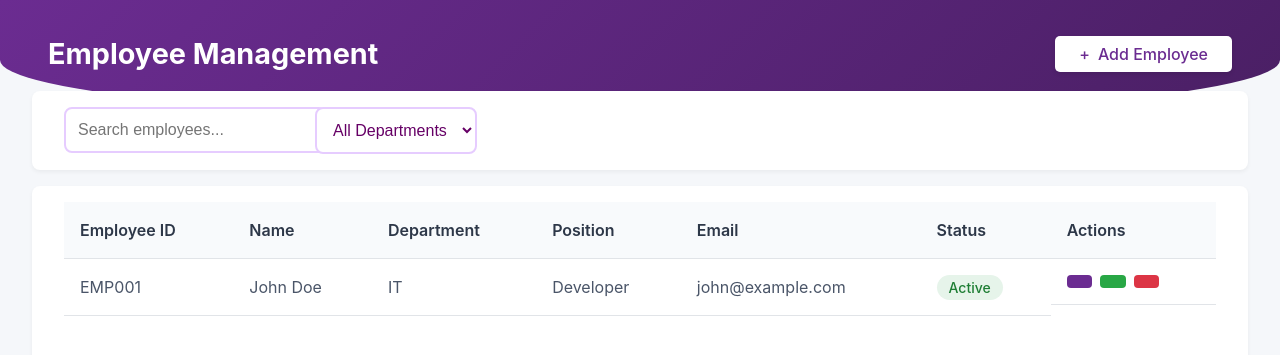
Repository: nino-pixel/payrolllatest
Page: /employees (app in web_vue/)
An editor plug-in stored every save of this project. The page is shown before and after a run of saves, followed by the edit.
The browser window is 1280 px wide. The pictures show the whole page.
The project was rebuilt for these pictures with package versions that can differ from the ones it lists, and the page was loaded fresh each time. Also part of the build but not shown: web_vue/vite.config.js, web_vue/src/components/login_page.vue, web_vue/src/components/sign_up.vue, web_vue/src/components/dashboard.vue, web_vue/src/components/attendance_management.vue, web_vue/src/components/generate_payroll.vue.

Above is the page before, as saved 2024-12-19 02:19:48.

### web_vue/src/main.js
import { createApp } from 'vue'
import './style.css'
import App from './App.vue'
import router from './router'

// ECharts imports
import VChart from 'vue-echarts'
import { use } from 'echarts/core'
import { CanvasRenderer } from 'echarts/renderers'
import { PieChart, LineChart, BarChart, GaugeChart } from 'echarts/charts'
import {
  TitleComponent,
  TooltipComponent,
  LegendComponent,
  GridComponent
} from 'echarts/components'

// Register ECharts components
use([
  CanvasRenderer,
  PieChart,
  LineChart,
  BarChart,
  GaugeChart,
  TitleComponent,
  TooltipComponent,
  LegendComponent,
  GridComponent
])

const app = createApp(App)
app.component('v-chart', VChart)
app.use(router)
app.mount('#app')

### web_vue/src/style.css
:root {
  font-family: Inter, system-ui, Avenir, Helvetica, Arial, sans-serif;
  line-height: 1.5;
  font-weight: 400;
  color-scheme: light dark;
  color: rgba(255, 255, 255, 0.87);
  background-color: #242424;
  font-synthesis: none;
  text-rendering: optimizeLegibility;
  -webkit-font-smoothing: antialiased;
  -moz-osx-font-smoothing: grayscale;
}

body {
  margin: 0;
  padding: 0;
  min-height: 100vh;
  width: 100%;
}

/* Remove the centering and width constraints */
#app {
  max-width: none;
  margin: 0;
  padding: 0;
  width: 100%;
  min-height: 100vh;
}

/* Adjust other styles */
.card {
  padding: 2em;
  width: 100%;
  box-sizing: border-box;
}

button {
  border-radius: 8px;
  border: 1px solid transparent;
  padding: 0.6em 1.2em;
  font-size: 1em;
  font-weight: 500;
  font-family: inherit;
  background-color: #1a1a1a;
  cursor: pointer;
  transition: border-color 0.25s;
}

/* Media query adjustments */
@media (prefers-color-scheme: light) {
  :root {
    color: #213547;
    background-color: #ffffff;
  }
  a:hover {
    color: #747bff;
  }
  button {
    background-color: #f9f9f9;
  }
}

### web_vue/src/App.vue

<template>
 <router-view></router-view>

</template>

<script>
import login_page from './components/login_page.vue'
 // Import the component

export default {
  name: 'App',
  components: {
    login_page,
  }
}
</script>

### web_vue/src/router/index.js
import { createRouter, createWebHistory } from 'vue-router'
import LoginPage from '../components/login_page.vue'
import SignupPage from '../components/sign_up.vue'
import Dashboard from '../components/dashboard.vue'
import EmployeeManagement from '../components/employee_management.vue'
import AttendanceManagement from '../components/attendance_management.vue'
import GeneratePayroll from '../components/generate_payroll.vue'
const routes = [
  {
    path: '/',
    name: 'Login',
    component: LoginPage
  },
  {
    path: '/signup',
    name: 'Signup',
    component: SignupPage
  },
  {
    path: '/dashboard',
    name: 'Dashboard',
    component: Dashboard
  },
  {
    path: '/employees',
    name: 'Employees',
    component: EmployeeManagement
  },
  {
    path: '/attendance',
    name: 'Attendance',
    component: AttendanceManagement
  },
  {
    path: '/generate_payroll',
    name: 'GeneratePayroll',
    component: GeneratePayroll
  }

  // Add other routes here as needed
]

const router = createRouter({
  history: createWebHistory(),
  routes
})

export default router

### web_vue/src/components/employee_management.vue
<template>
    <div class="employee-container">
      <div class="wave-bg"></div>

      <div class="content-wrapper">
        <!-- Header Section -->
        <div class="header-section">
          <h1>Employee Management</h1>
          <button class="add-btn" @click="openAddModal">
            <span>+</span> Add Employee
          </button>
        </div>

        <!-- Search and Filter Section -->
        <div class="search-section">
          <div class="search-box">
            <input
              type="text"
              v-model="searchQuery"
              placeholder="Search employees..."
            >
          </div>
          <div class="filter-box">
            <select v-model="departmentFilter">
              <option value="">All Departments</option>
              <option value="HR">HR</option>
              <option value="IT">IT</option>
              <option value="Finance">Finance</option>
              <option value="Marketing">Marketing</option>
            </select>
          </div>
        </div>

        <!-- Employee Table -->
        <div class="table-container">
          <table>
            <thead>
              <tr>
                <th>Employee ID</th>
                <th>Name</th>
                <th>Department</th>
                <th>Position</th>
                <th>Email</th>
                <th>Status</th>
                <th>Actions</th>
              </tr>
            </thead>
            <tbody>
              <tr v-for="employee in filteredEmployees" :key="employee.id">
                <td>{{ employee.id }}</td>
                <td>{{ employee.name }}</td>
                <td>{{ employee.department }}</td>
                <td>{{ employee.position }}</td>
                <td>{{ employee.email }}</td>
                <td>
                  <span :class="['status', employee.status.toLowerCase()]">
                    {{ employee.status }}
                  </span>
                </td>
                <td class="actions">
                  <button @click="viewEmployee(employee)" class="view-btn">
                    <i class="fas fa-eye"></i>
                  </button>
                  <button @click="editEmployee(employee)" class="edit-btn">
                    <i class="fas fa-edit"></i>
                  </button>
                  <button @click="deleteEmployee(employee)" class="delete-btn">
                    <i class="fas fa-trash"></i>
                  </button>
                </td>
              </tr>
            </tbody>
          </table>
        </div>
      </div>

      <!-- Add/Edit Modal -->
      <div class="modal" v-if="showModal">
        <div class="modal-content">
          <h2>{{ isEditing ? 'Edit Employee' : 'Add Employee' }}</h2>
          <form @submit.prevent="submitForm">
            <div class="form-group">
              <label>Name</label>
              <input type="text" v-model="formData.name" required>
            </div>
            <div class="form-group">
              <label>Department</label>
              <select v-model="formData.department" required>
                <option value="HR">HR</option>
                <option value="IT">IT</option>
                <option value="Finance">Finance</option>
                <option value="Marketing">Marketing</option>
              </select>
            </div>
            <div class="form-group">
              <label>Position</label>
              <input type="text" v-model="formData.position" required>
            </div>
            <div class="form-group">
              <label>Email</label>
              <input type="email" v-model="formData.email" required>
            </div>
            <div class="form-group">
              <label>Status</label>
              <select v-model="formData.status" required>
                <option value="Active">Active</option>
                <option value="Inactive">Inactive</option>
                <option value="On Leave">On Leave</option>
              </select>
            </div>
            <div class="form-buttons">
              <button type="submit" class="submit-btn">
                {{ isEditing ? 'Update' : 'Add' }}
              </button>
              <button type="button" @click="closeModal" class="cancel-btn">
                Cancel
              </button>
            </div>
          </form>
        </div>
      </div>

      <!-- View Modal -->
      <div class="modal" v-if="showViewModal">
        <div class="modal-content">
          <h2>Employee Details</h2>
          <div class="employee-details">
            <div class="detail-row">
              <span class="label">ID:</span>
              <span class="value">{{ selectedEmployee.id }}</span>
            </div>
            <div class="detail-row">
              <span class="label">Name:</span>
              <span class="value">{{ selectedEmployee.name }}</span>
            </div>
            <div class="detail-row">
              <span class="label">Department:</span>
              <span class="value">{{ selectedEmployee.department }}</span>
            </div>
            <div class="detail-row">
              <span class="label">Position:</span>
              <span class="value">{{ selectedEmployee.position }}</span>
            </div>
            <div class="detail-row">
              <span class="label">Email:</span>
              <span class="value">{{ selectedEmployee.email }}</span>
            </div>
            <div class="detail-row">
              <span class="label">Status:</span>
              <span class="value">{{ selectedEmployee.status }}</span>
            </div>
          </div>
          <button @click="closeViewModal" class="close-btn">Close</button>
        </div>
      </div>
    </div>
  </template>

  <script>
  export default {
    name: 'EmployeeManagement',
    data() {
      return {
        searchQuery: '',
        departmentFilter: '',
        showModal: false,
        showViewModal: false,
        isEditing: false,
        selectedEmployee: null,
        formData: {
          name: '',
          department: '',
          position: '',
          email: '',
          status: 'Active'
        },
        employees: [
          {
            id: 'EMP001',
            name: 'John Doe',
            department: 'IT',
            position: 'Developer',
            email: 'john@example.com',
            status: 'Active'
          },
          // Add more sample employees
        ]
      }
    },
    computed: {
      filteredEmployees() {
        return this.employees.filter(emp => {
          const matchesSearch = emp.name.toLowerCase().includes(this.searchQuery.toLowerCase()) ||
                              emp.email.toLowerCase().includes(this.searchQuery.toLowerCase())
          const matchesDepartment = !this.departmentFilter || emp.department === this.departmentFilter
          return matchesSearch && matchesDepartment
        })
      }
    },
    methods: {
      openAddModal() {
        this.isEditing = false
        this.formData = {
          name: '',
          department: '',
          position: '',
          email: '',
          status: 'Active'
        }
        this.showModal = true
      },
      editEmployee(employee) {
        this.isEditing = true
        this.formData = { ...employee }
        this.showModal = true
      },
      viewEmployee(employee) {
        this.selectedEmployee = employee
        this.showViewModal = true
      },
      deleteEmployee(employee) {
        if (confirm('Are you sure you want to delete this employee?')) {
          this.employees = this.employees.filter(emp => emp.id !== employee.id)
        }
      },
      submitForm() {
        if (this.isEditing) {
          const index = this.employees.findIndex(emp => emp.id === this.formData.id)
          this.employees[index] = { ...this.formData }
        } else {
          const newId = 'EMP' + String(this.employees.length + 1).padStart(3, '0')
          this.employees.push({
            ...this.formData,
            id: newId
          })
        }
        this.closeModal()
      },
      closeModal() {
        this.showModal = false
        this.formData = {
          name: '',
          department: '',
          position: '',
          email: '',
          status: 'Active'
        }
      },
      closeViewModal() {
        this.showViewModal = false
        this.selectedEmployee = null
      }
    }
  }
  </script>

  <style scoped>
.employee-container {
  width: 100vw;
  height: 100vh;
  overflow: hidden;
  background: #f5f7fa;
  position: relative;
}

.wave-bg {
  position: absolute;
  top: 0;
  left: 0;
  right: 0;
  height: 120px;
  background: linear-gradient(135deg, #6b2c91, #4a1f64);
  border-radius: 0 0 50% 50%;
  z-index: 0;
}

.content-wrapper {
  position: relative;
  z-index: 1;
  height: 100%;
  display: flex;
  flex-direction: column;
  padding: 1rem;
}

.header-section {
  display: flex;
  justify-content: space-between;
  align-items: center;
  padding: 1rem 2rem;
}

.header-section h1 {
  color: white;
  font-size: 1.8rem;
  margin: 0;
}

.add-btn {
  background: white;
  color: #6b2c91;
  border: none;
  padding: 0.5rem 1.5rem;
  border-radius: 5px;
  cursor: pointer;
  display: flex;
  align-items: center;
  gap: 0.5rem;
  font-weight: 500;
  transition: all 0.3s ease;
  box-shadow: 0 2px 4px rgba(0,0,0,0.1);
}

.add-btn:hover {
  background: #f8f9fa;
  transform: translateY(-1px);
}

.search-section {
  display: flex;
  gap: 1rem;
  padding: 1rem 2rem;
  background: white;
  margin: 0 1rem;
  border-radius: 8px;
  box-shadow: 0 2px 4px rgba(0,0,0,0.05);
}

.search-box input,
.filter-box select {
    width: 100%;
  padding: 12px;
  border: 2px solid #e6ccff;
  border-radius: 8px;
  font-size: 1em;
  color: #660066;
  background-color: white;
  transition: all 0.3s ease;
}

.search-box input:focus,
.filter-box select:focus {
    border-color: #cc66ff;
  outline: none;
  box-shadow: 0 0 0 3px rgba(204, 102, 255, 0.2);
  background-color: #f2e6ff;
}
.search-box::placeholder {
  color: #a880c7;
}

.table-container {
  flex: 1;
  overflow-y: auto;
  padding: 1rem 2rem;
  margin: 1rem;
  background: white;
  border-radius: 8px;
  box-shadow: 0 2px 4px rgba(0,0,0,0.05);
}

table {
  width: 100%;
  border-collapse: separate;
  border-spacing: 0;
  background: white;
}

th, td {
  padding: 1rem;
  text-align: left;
  border-bottom: 1px solid #e1e4e8;
  color: #4a5568;
}

th {
  background: #f8fafc;
  font-weight: 600;
  color: #2d3748;
}

.status {
  padding: 0.25rem 0.75rem;
  border-radius: 15px;
  font-size: 0.875rem;
  font-weight: 500;
}

.status.active {
  background: #e6f4ea;
  color: #1e7e34;
}

.status.inactive {
  background: #feeced;
  color: #dc3545;
}

.status.on-leave {
  background: #fff3cd;
  color: #856404;
}

.actions {
  display: flex;
  gap: 0.5rem;
}

.actions button {
  padding: 0.4rem 0.8rem;
  border: none;
  border-radius: 4px;
  cursor: pointer;
  transition: all 0.2s ease;
}

.view-btn {
  background: #6b2c91;
  color: white;
}

.edit-btn {
  background: #28a745;
  color: white;
}

.delete-btn {
  background: #dc3545;
  color: white;
}

.actions button:hover {
  opacity: 0.9;
  transform: translateY(-1px);
}

.modal {
  position: fixed;
  top: 0;
  left: 0;
  right: 0;
  bottom: 0;
  background: rgba(0, 0, 0, 0.5);
  display: flex;
  justify-content: center;
  align-items: center;
  z-index: 1000;
}

.modal-content {
  background: white;
  padding: 2rem;
  border-radius: 10px;
  width: 500px;
  max-width: 90%;
  box-shadow: 0 4px 6px rgba(0,0,0,0.1);
}

.modal-content h2 {
  color: #a880c7;  margin-bottom: 1.5rem;
  font-size: 1.5rem;
}

.form-group {
  margin-bottom: 1.2rem;
}
input{
    background-color: #f2e6ff;
}
.form-group label {
  display: block;
  margin-bottom: 0.5rem;
  font-weight: 500;
  color: #4a5568;
}

.form-group input,
.form-group select {
  width: 100%;
  padding: 0.6rem;
  border: 1px solid #e1e4e8;
  border-radius: 5px;
  color: #ffffff;
  transition: all 0.2s ease;
}

.form-group input:focus,
.form-group select:focus {
  outline: none;
  border-color: #6b2c91;
  box-shadow: 0 0 0 2px rgba(107, 44, 145, 0.1);
}

.form-buttons {
  display: flex;
  gap: 1rem;
  margin-top: 2rem;
}

.submit-btn,
.cancel-btn {
  padding: 0.6rem 1.2rem;
  border: none;
  border-radius: 5px;
  cursor: pointer;
  font-weight: 500;
  transition: all 0.2s ease;
}

.submit-btn {
  background: #6b2c91;
  color: white;
  flex: 2;
}

.cancel-btn {
  background: #dc3545;
  color: white;
  flex: 1;
}

.submit-btn:hover,
.cancel-btn:hover {
  opacity: 0.9;
  transform: translateY(-1px);
}

.employee-details {
  margin: 1.5rem 0;
}

.detail-row {
  display: flex;
  margin-bottom: 0.8rem;
  padding: 0.5rem;
  border-bottom: 1px solid #e1e4e8;
}

.detail-row .label {
  font-weight: 500;
  width: 120px;
  color: #4a5568;
}

.detail-row .value {
    color: #a880c7;
}

.close-btn {
  width: 100%;
  padding: 0.6rem;
  background: #6b2c91;
  color: white;
  border: none;
  border-radius: 5px;
  cursor: pointer;
  font-weight: 500;
  margin-top: 1rem;
  transition: all 0.2s ease;
}

.close-btn:hover {
  background: #5a2578;
}
</style>

After the next 2 saves:
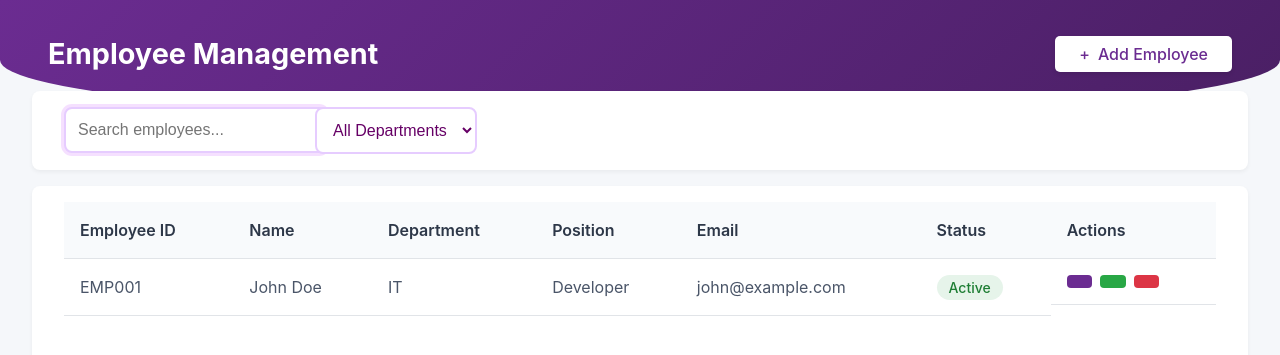
The 2 saves are shown as one change because they came seconds apart.
The last was saved 12 s later.
--- a/web_vue/src/components/employee_management.vue
+++ b/web_vue/src/components/employee_management.vue
@@ -465,7 +465,10 @@ th {
   margin-bottom: 1.2rem;
 }
 input{
-    background-color: #f2e6ff;
+    border-color: #cc66ff;
+  outline: none;
+  box-shadow: 0 0 0 3px rgba(204, 102, 255, 0.2);
+  background-color: #f2e6ff;
 }
 .form-group label {
   display: block;
